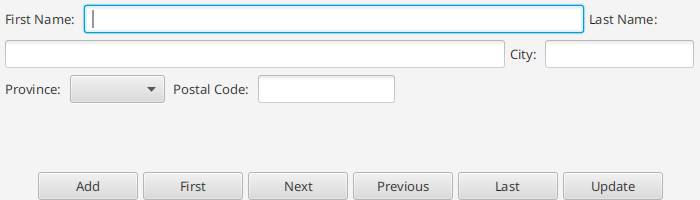
Repository: Mselenko/Java
Program's window: java w_5/JavaFx/src/task_2/AddressBook.java
The author's editor kept a copy of each file at every save. The program's window is drawn from the files as they stood at one save, then again after the next save.
It runs on Java 21 on a 1366 x 768 screen with JavaFX 11; the title bar is not drawn.

Above is the program's window before, as saved 2019-06-22 00:34:47.

After the next save:
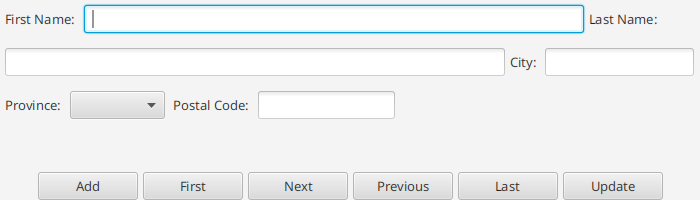
Saved 10 s later.
--- a/w_5/JavaFx/src/task_2/AddressBook.java
+++ b/w_5/JavaFx/src/task_2/AddressBook.java
@@ -48,7 +48,7 @@
 
 		// add the textfields and buttons to the FlowPane
 		InfoPanel.setPadding(new Insets(5));
-		InfoPanel.setVgap(7);
+		InfoPanel.setVgap(15);
 		InfoPanel.getChildren().addAll(
 									new Label("First Name: "), FirstName,
 									new Label("Last Name: "), LastName,
